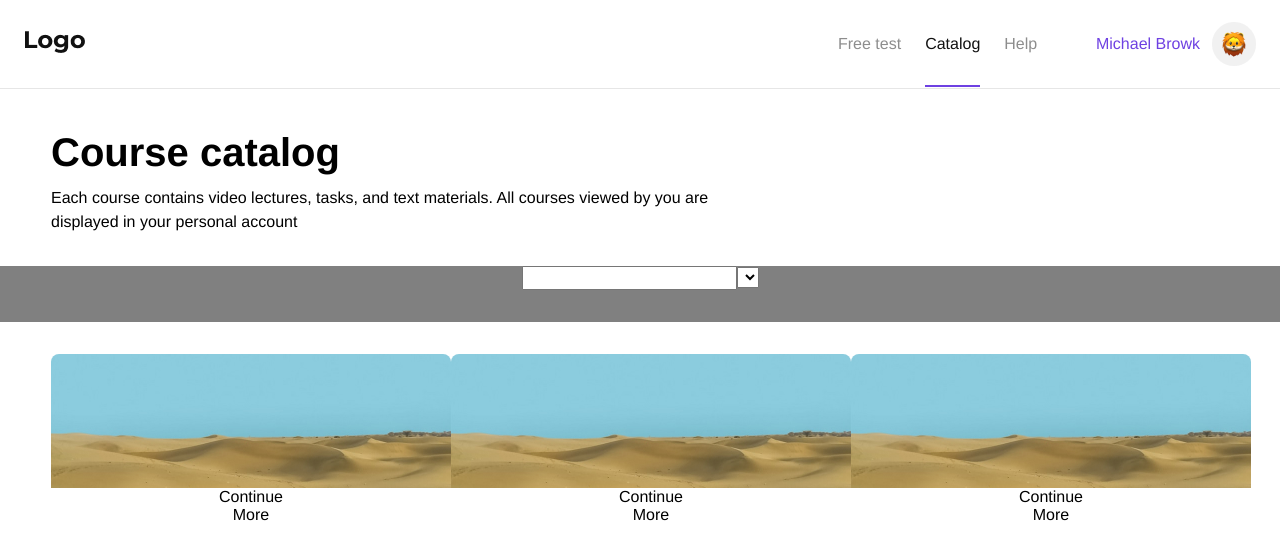
Repository: skydevil1604/vue-test-app
Page: /#/main-page
The author's editor kept a copy of each file at every save. The page is drawn from the files as they stood at one save, then again after the next save.
The browser window is 1280 px wide. The pictures show the whole page.
The project was rebuilt for these pictures with package versions that can differ from the ones it lists, and the page was loaded fresh each time. Also part of the build but not shown: src/components/Tabs.vue, src/components/Tab.vue, src/components/Login.vue, src/components/Registration.vue, src/components/AuthenticationForm.vue.

Above is the page before, as saved 2020-04-06 20:37:07.

### public/index.html
<!DOCTYPE html>
<html lang="en">
  <head>
    <meta charset="utf-8">
    <meta http-equiv="X-UA-Compatible" content="IE=edge">
    <meta name="viewport" content="width=device-width,initial-scale=1.0">
    <link rel="icon" href="<%= BASE_URL %>favicon.ico">
    <link rel="stylesheet" href="../src/assets/normalize.css">
    <title><%= htmlWebpackPlugin.options.title %></title>
  </head>
  <body style="margin:0 auto;">
    <noscript>
      <strong>We're sorry but <%= htmlWebpackPlugin.options.title %> doesn't work properly without JavaScript enabled. Please enable it to continue.</strong>
    </noscript>
    <div id="app"></div>
    <!-- built files will be auto injected -->
  </body>
</html>

### src/main.js
import Vue from 'vue'
import App from './App.vue'
import VueRouter from 'vue-router'
import router from './router';

Vue.config.productionTip = false;
Vue.use(VueRouter)

new Vue({
  render: h => h(App),
  router
}).$mount('#app');

### src/App.vue
<template>
  <div id="app">
    <router-view>
      <AuthenticationForm />
    </router-view>
  </div>
</template>

<script>
import AuthenticationForm from './components/AuthenticationForm';

export default {
  name: 'App',
  components: {
    AuthenticationForm
  }
}
</script>

<style>
#app {
  font-family: Avenir, Helvetica, Arial, sans-serif;
  -webkit-font-smoothing: antialiased;
  -moz-osx-font-smoothing: grayscale;
  text-align: center;
  display: flex;
  height: 100vh;
}
</style>

### src/router/index.js
import Vue                        from 'vue';
import VueRouter                     from 'vue-router';
import MainPageComponent          from '@/components/MainPage';
import AuthenticationForm         from '@/components/AuthenticationForm';

Vue.use(VueRouter);

const router = new VueRouter({
    routes: [

      {
        path: '/main-page',
        name: 'mainPage',
        component: MainPageComponent,
      },
      {
        path: '/',
        name: 'authenticationForm',
        component: AuthenticationForm,
      },
    ]
  });

export default router;

### src/components/MainPage.vue
<template>
    <div class="main-page">
        <header class="header">
            <a class="logo" href="#">
                <img src="../assets/logo.png" alt="logo">
            </a>
            <nav class="navigation">
                <ul class="navigation__list">
                    <li class="navigation__item">
                        <a class="navigation__link" href="#">Free test</a>
                    </li>
                    <li class="navigation__item">
                        <a class="navigation__link navigation__link--active" href="#">Catalog</a>
                    </li>
                    <li class="navigation__item">
                        <a class="navigation__link" href="#">Help</a>
                    </li>
                </ul>
                <div class="navigation__profile">
                    <span class="navigation__user-name">Michael Browk</span>
                    <img class="navigation__user-photo" src="../assets/Lion.png" alt="">
                </div>
            </nav>
        </header>

        <section class="info">
            <h1 class="info__heading">Course catalog</h1>
            <p class="info__description">
                Each course contains video lectures, tasks, and text materials. All courses viewed by you are displayed in your personal account
            </p>
        </section>

        <section class="main-filter">
            <input type="search" name="search" id="search">
            <select name="" id=""></select>
        </section>

        <section class="main-content">
            <div class="post">
                <div class="post__header">
                </div>
                <div class="post__title"></div>
                <div class="post__info"></div>
                <div class="post__button-wrapper">
                    <div class="post__button post__button--main">Continue</div>
                    <div class="post__button post__button--secondary">More</div>
                </div>
            </div>
            <div class="post">
                <div class="post__header"></div>
                <div class="post__title"></div>
                <div class="post__info"></div>
                <div class="post__button-wrapper">
                    <div class="post__button post__button--main">Continue</div>
                    <div class="post__button post__button--secondary">More</div>
                </div>
            </div>
            <div class="post">
                <div class="post__header"></div>
                <div class="post__title"></div>
                <div class="post__info"></div>
                <div class="post__button-wrapper">
                    <div class="post__button post__button--main">Continue</div>
                    <div class="post__button post__button--secondary">More</div>
                </div>
            </div>
        </section>
    </div>
</template>

<script>

export default {
    name: 'MainPageComponent',
}
</script>

<style lang="scss">
    .main-page {
        max-width: 1366px;
        width: 100%;
        margin: 0 auto;
    }

    .header {
        padding-top: 22px;
        padding-bottom: 22px;
        padding-left: 24px;
        padding-right: 24px;
        display: flex;
        justify-content: space-between;
        align-items: center;
        box-shadow: 0px 1px 0px rgba(17, 17, 17, 0.1);
    }

    .navigation {
        display: flex;
        align-items: center;
        width: 418px;
        justify-content: space-between;

            &__list {
                list-style: none;
                display: flex;
                padding: 0;
                margin: 0;

                  &:last-child {
                    margin-right: 0;
                }
            }

            &__item {
                margin-right: 24px;
                font-size: 16px;
                color: rgba(17, 17, 17, 0.48);

                    &:hover {
                        color: #111111;
                    }
            }

            &__link {
                text-decoration: none;
                font-style: normal;
                font-weight: normal;
                font-size: inherit;
                color: inherit;
                line-height: 24px;
                padding-bottom: 35px;
                    &--active {
                        border-top-width: 6px;
                        color: #111111;
                        box-shadow: inset 0px -2px 0px #6E41E2;
                    }
            }

            &__profile {
                display: flex;
                align-items: center;
                justify-content: space-between;
            }

            &__user-name {
                font-style: normal;
                font-weight: normal;
                font-size: 16px;
                line-height: 24px;
                color: #6E41E2;
                margin-right: 12px;
            }
    }

    .info {
        text-align: left;
        padding-top: 40px;
        padding-left: 51px;
        padding-bottom: 32px;
        max-width: 724px;

            &__heading {
                font-style: normal;
                font-weight: bold;
                font-size: 40px;
                line-height: 48px;
                margin:0;
                margin-bottom: 10px;
            }

            &__description {
                font-style: normal;
                font-weight: normal;
                font-size: 16px;
                line-height: 24px;
                margin:0;
            }
    }

    .main-filter {
        height: 56px;
        background-color: grey;
        padding-left: 51px;
        padding-right: 51px;
    }

    .main-content {
        padding-left: 51px;
        padding-right: 51px;
        display: flex;
        justify-content: space-between;
        padding-top: 32px;
    }

    .post {
        min-width: 400px;
        height: 347px;
        border-radius: 8px;

            &__header {
                height: 134px;
                border-top-right-radius: 8px;
                border-top-left-radius: 8px;
                position: relative;
                background-image: url('../assets/first-post-image.jpg');

                    &::before {
                        content: '';
                        position: absolute;
                        top: 0;
                        left: 0;
                        right: 0;
                        bottom: 0;
                        background-color: linear-gradient(180deg, rgba(17, 17, 17, 0.4) 0%, rgba(17, 17, 17, 0.72) 93.75%);
                        z-index: 1;
                    }
            }
    }


</style>

Loaded but not shown: src/assets/normalize.css (library)

After the next save:
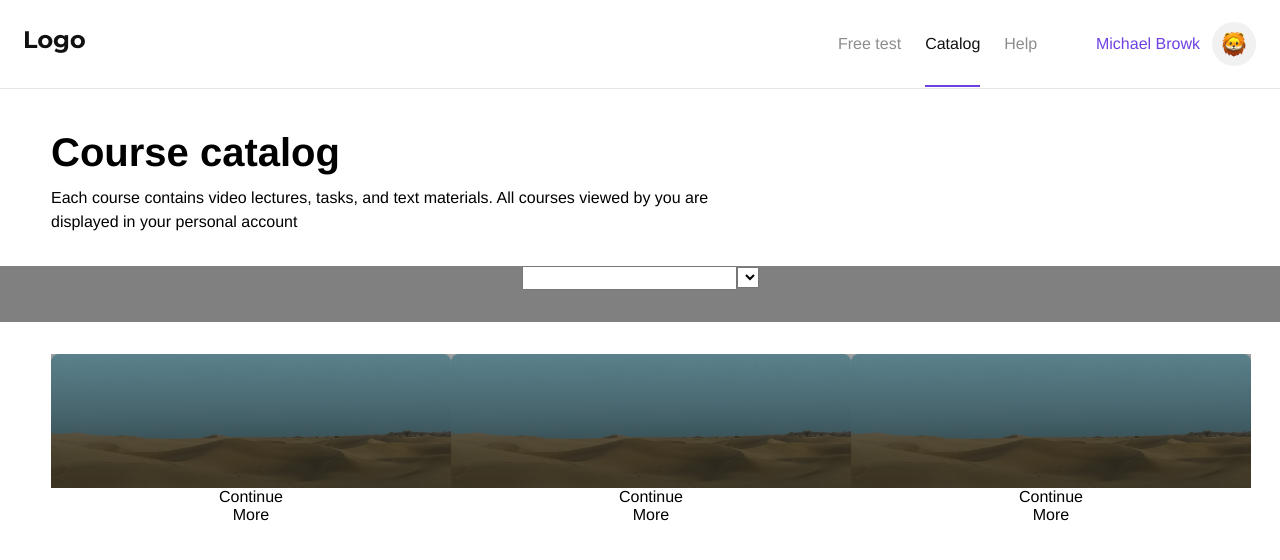
Saved 43 s later.
--- a/src/components/MainPage.vue
+++ b/src/components/MainPage.vue
@@ -210,7 +210,7 @@ export default {
                         left: 0;
                         right: 0;
                         bottom: 0;
-                        background-color: linear-gradient(180deg, rgba(17, 17, 17, 0.4) 0%, rgba(17, 17, 17, 0.72) 93.75%);
+                        background: linear-gradient(180deg, rgba(17, 17, 17, 0.4) 0%, rgba(17, 17, 17, 0.72) 93.75%);
                         z-index: 1;
                     }
             }
